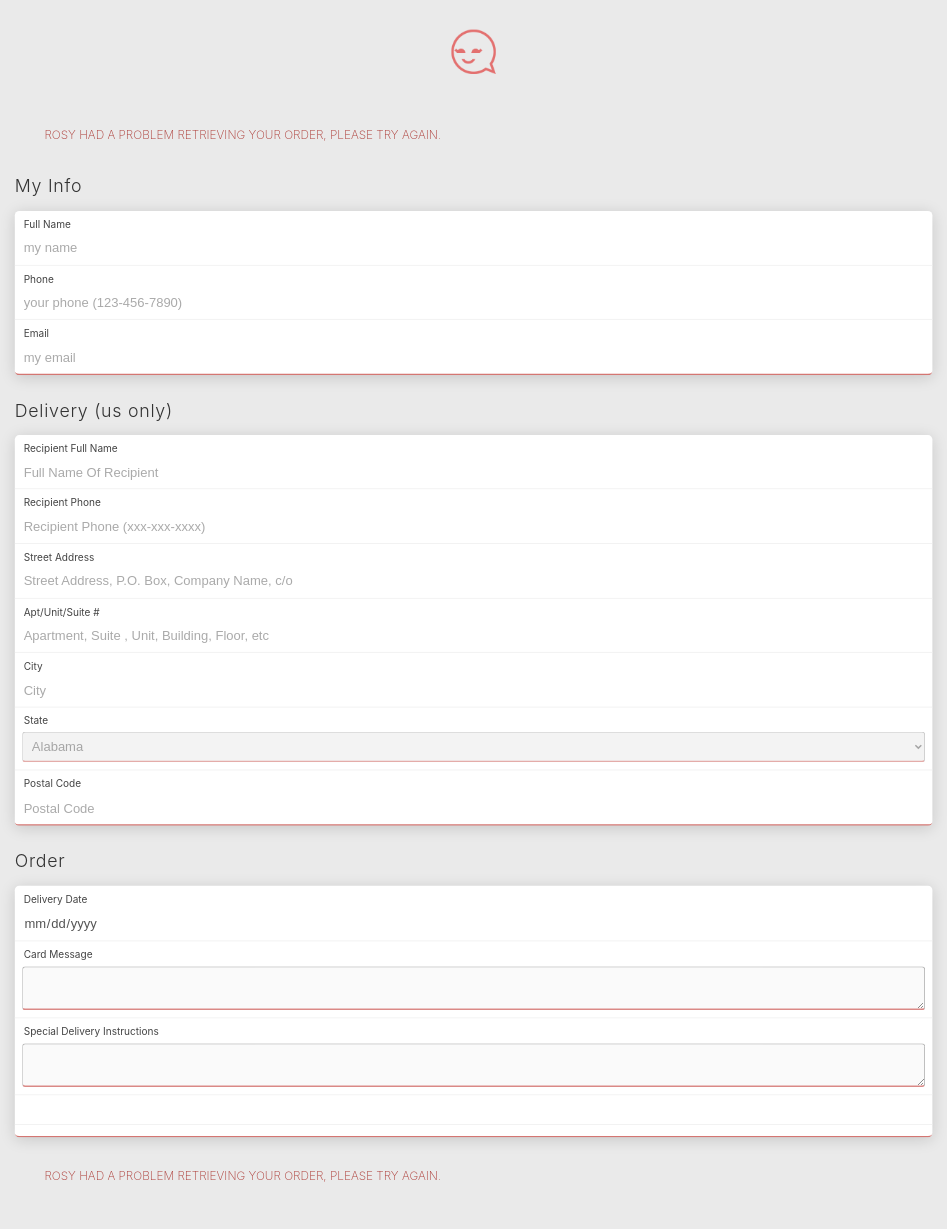
Repository: mattbobgithub/rosybot-ui
Page: rosybot-ui/dist/checkout.html
An editor plug-in stored every save of this project. The page is shown before and after the next save, followed by the edit.
The browser window is 1280 px wide. The pictures show the whole page, at 74% of full size.
The page's requests for data from a server got no answer. Some web libraries are served in a nearby version.

Above is the page before, as saved 2017-10-14 04:31:14.

After the next save:
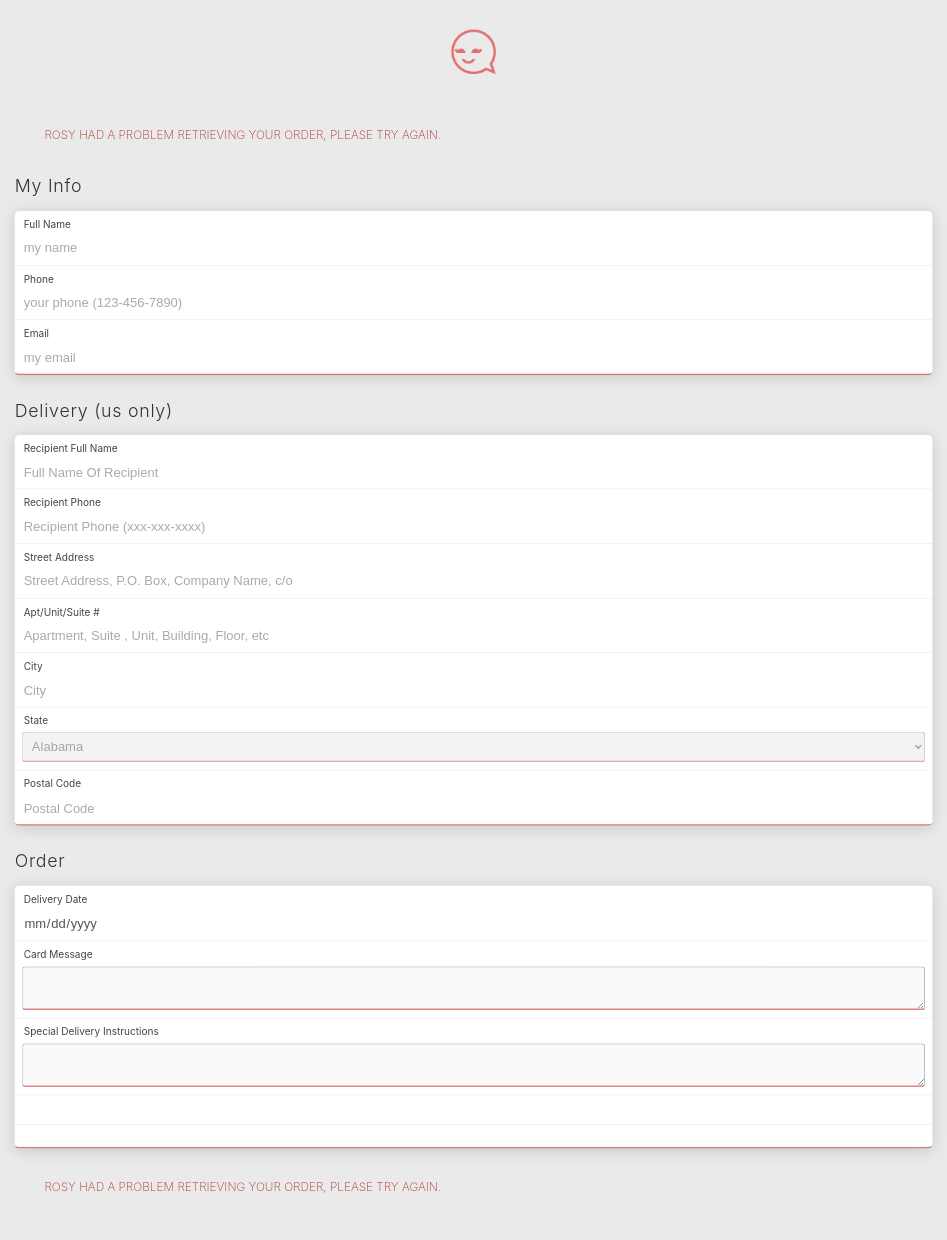
Saved 31 s later.
--- a/rosybot-ui/dist/index.css
+++ b/rosybot-ui/dist/index.css
@@ -151,7 +151,12 @@
 
 .textarea-wrapper {
 	padding: 5px 10px 10px 10px;
-		font-weight: 300;
+
+}
+
+.order-total-wrapper {
+	padding: 5px 10px 10px 10px;
+		font-weight: 500;
 }
 
 textarea {
